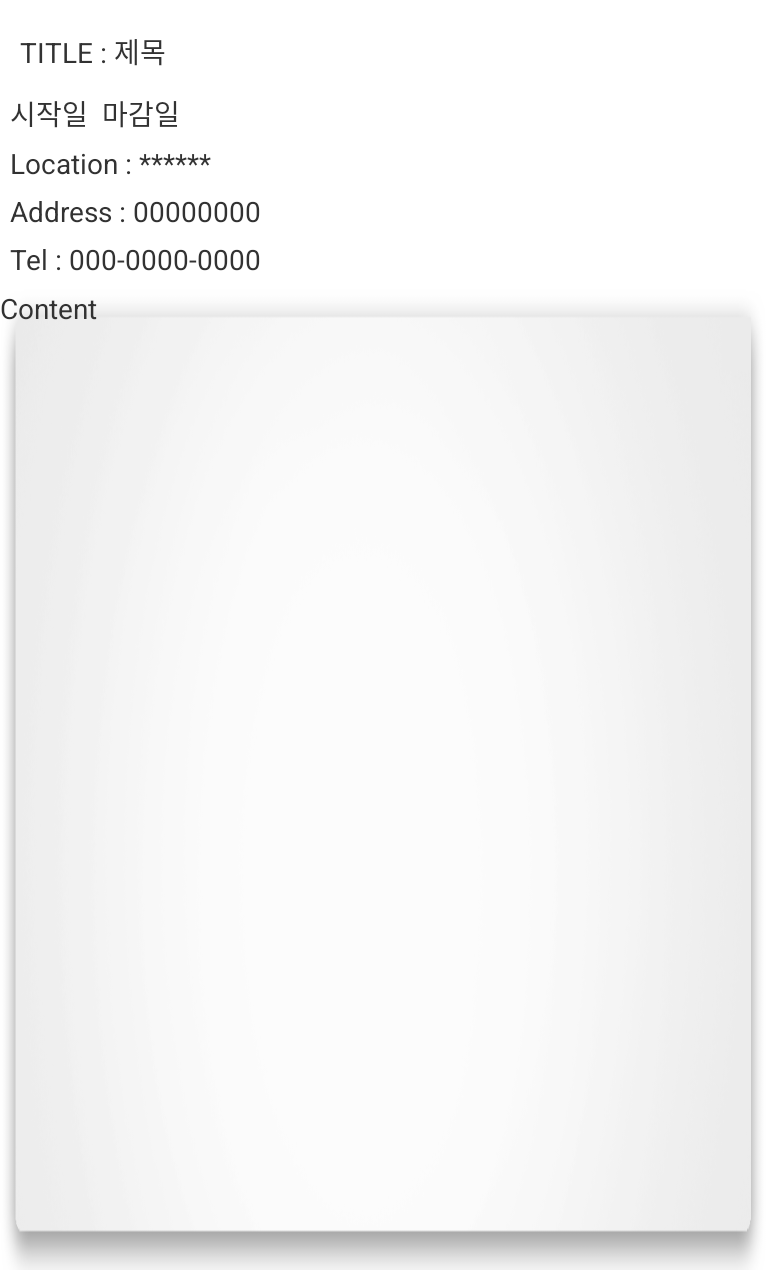
Repository: chlduq04/java
Layout: Culturemap/res/layout/detail.xml
An editor plug-in stored every save of this project. The layout is shown before and after the next save, followed by the edit.
It is drawn on a 768 x 1280 px phone screen (xhdpi) without system bars, with theme AppTheme; the app's code is not run.

Above is the layout before, as saved 2012-07-23 07:07:31.

### Culturemap/res/layout/detail.xml
<?xml version="1.0" encoding="utf-8"?>
<LinearLayout xmlns:android="http://schemas.android.com/apk/res/android"
    android:layout_width="match_parent"
    android:layout_height="match_parent"
    android:orientation="vertical" >

    <LinearLayout
        android:padding="5dip"
        android:layout_width="match_parent"
        android:layout_height="wrap_content"
        android:layout_weight="0.15"
        android:orientation="vertical" >

        <LinearLayout
            android:layout_margin="5dip"
            android:layout_width="fill_parent"
            android:layout_height="wrap_content"
            android:layout_weight="1"
            android:paddingTop="5dip" >

            <TextView
                android:layout_width="wrap_content"
                android:layout_height="wrap_content"
                android:text="TITLE : " >
            </TextView>

            <TextView
                android:layout_width="wrap_content"
                android:layout_height="wrap_content"
                android:text="제목" >
            </TextView>
        </LinearLayout>

        <LinearLayout
            android:layout_width="fill_parent"
            android:layout_height="wrap_content"
            android:layout_weight="1"
            android:paddingTop="5dip" >

            <TextView
                android:layout_width="wrap_content"
                android:layout_height="wrap_content"
                android:text="시작일  " >
            </TextView>

            <TextView
                android:layout_width="wrap_content"
                android:layout_height="wrap_content"
                android:text="마감일" >
            </TextView>
        </LinearLayout>

        <LinearLayout
            android:layout_width="fill_parent"
            android:layout_height="wrap_content"
            android:layout_weight="1"
            android:paddingTop="5dip" >

            <TextView
                android:layout_width="wrap_content"
                android:layout_height="wrap_content"
                android:text="Location : " >
            </TextView>

            <TextView
                android:layout_width="wrap_content"
                android:layout_height="wrap_content"
                android:text="******" >
            </TextView>
        </LinearLayout>

        <LinearLayout
            android:layout_width="fill_parent"
            android:layout_height="wrap_content"
            android:layout_weight="1"
            android:paddingTop="5dip" >

            <TextView
                android:layout_width="wrap_content"
                android:layout_height="wrap_content"
                android:text="Address : " >
            </TextView>

            <TextView
                android:layout_width="wrap_content"
                android:layout_height="wrap_content"
                android:text="00000000" >
            </TextView>
        </LinearLayout>

        <LinearLayout
            android:layout_width="fill_parent"
            android:layout_height="wrap_content"
            android:layout_weight="1"
            android:paddingTop="5dip" >

            <TextView
                android:layout_width="wrap_content"
                android:layout_height="wrap_content"
                android:text="Tel : " >
            </TextView>

            <TextView
                android:layout_width="wrap_content"
                android:layout_height="wrap_content"
                android:text="000-0000-0000" >
            </TextView>
        </LinearLayout>
    </LinearLayout>

    <LinearLayout
        android:layout_width="match_parent"
        android:layout_height="wrap_content"
        android:layout_weight="6"
        android:background="@drawable/contents"
        android:orientation="vertical" >

        <TextView
            android:layout_width="fill_parent"
            android:layout_height="fill_parent"
            android:text="Content" >
        </TextView>
    </LinearLayout>

    <LinearLayout
        android:layout_width="match_parent"
        android:layout_height="wrap_content"
        android:layout_weight="0.8"
        android:orientation="vertical" >
    </LinearLayout>

</LinearLayout>

Loaded but not shown: Culturemap/res/values/styles.xml (common file)

After the next save:
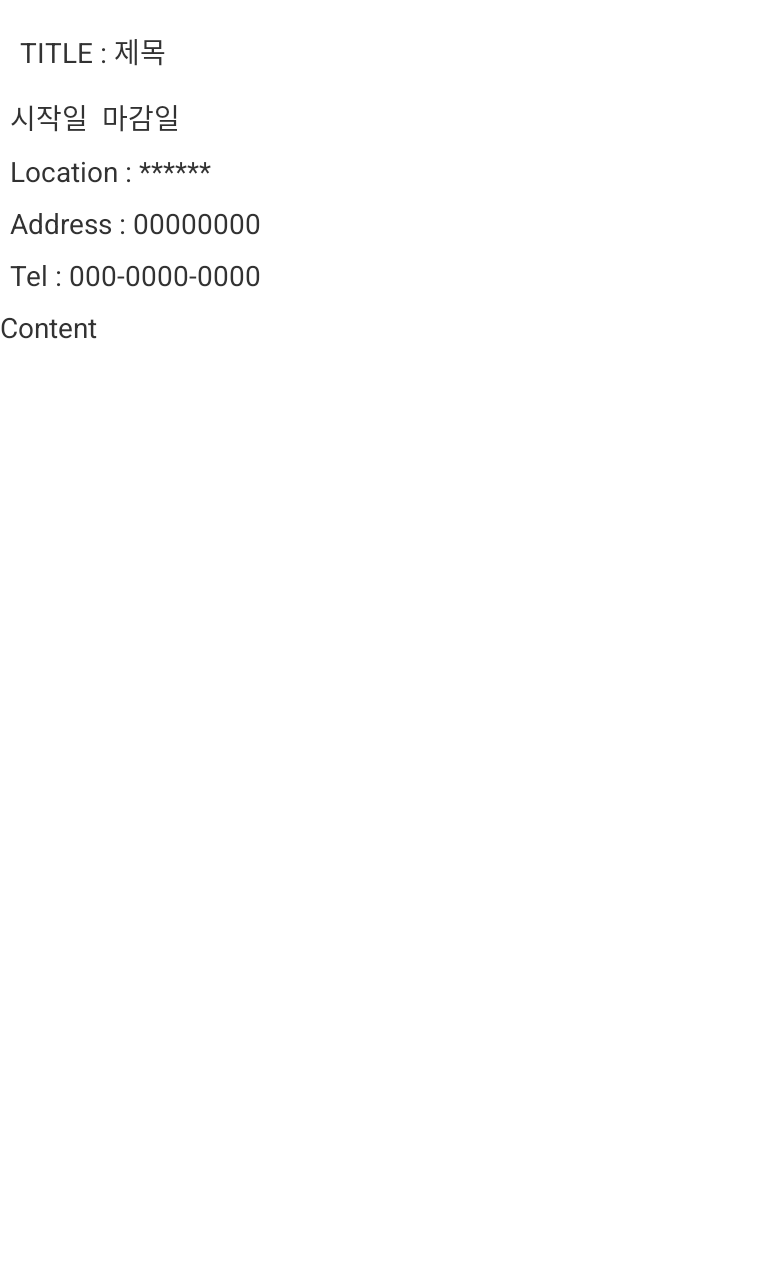
Saved 26 s later.
--- a/Culturemap/res/layout/detail.xml
+++ b/Culturemap/res/layout/detail.xml
@@ -112,7 +112,6 @@
         android:layout_width="match_parent"
         android:layout_height="wrap_content"
         android:layout_weight="6"
-        android:background="@drawable/contents"
         android:orientation="vertical" >
 
         <TextView
